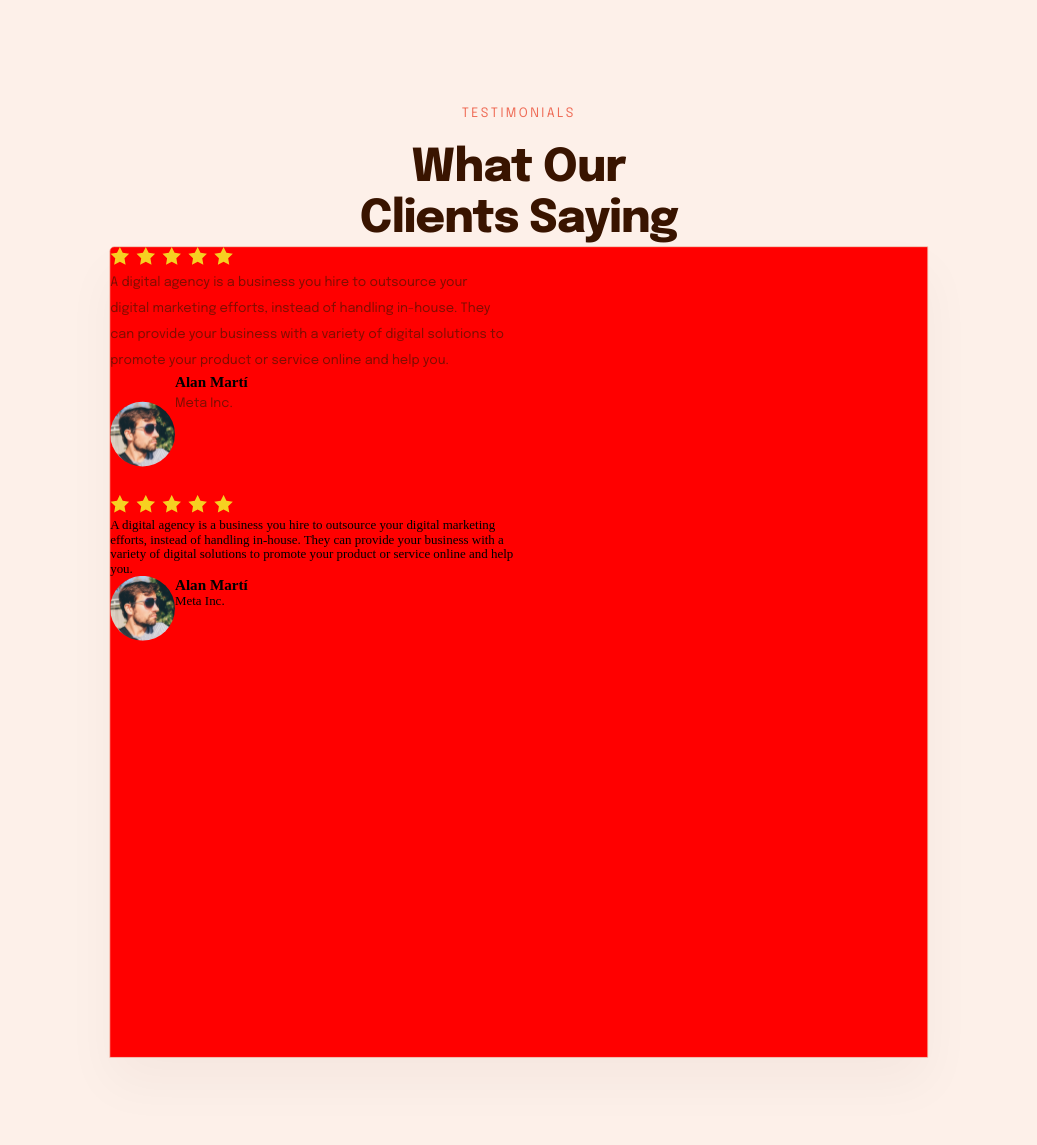
Repository: simralgasimov/task
Page: index.html
The author's editor kept a copy of each file at every save. The page is drawn from the files as they stood at one save, then again after the next save.
The browser window is 1280 px wide. The pictures show the whole page, at 81% of full size.

Above is the page before, as saved 2023-09-06 13:34:52.

### index.html
<!DOCTYPE html>
<html lang="en">
  <head>
    <meta charset="UTF-8" />
    <meta name="viewport" content="width=device-width, initial-scale=1.0" />
    <title>Document</title>
    <link rel="stylesheet" href="index.css" />
  </head>
  <body>
    <div class="container">
      <h1>Testimonials</h1>
      <h2>
        What Our <br />
        Clients Saying
      </h2>
      <div class="comment">
        <div class="left-box">
          <div class="first-box">
            <div class="box-1">
              <img src="./img/star.svg" alt="" />
              <p>
                A digital agency is a business you hire to outsource your digital
                marketing efforts, instead of handling in-house. They can provide
                your business with a variety of digital solutions to promote your
                product or service online and help you.
              </p>
             <div class="user">
              <img src="./img/Oval.svg" alt="">
              <div class="user-info">
                  <h3>Alan Martí</h3>
              <p>Meta Inc.</p>
              </div>




             </div>
              </div>
  <div class="nth2-box">
      <div class="box-2">
          <img src="./img/star.svg" alt="" />
          <p>
            A digital agency is a business you hire to outsource your digital
            marketing efforts, instead of handling in-house. They can provide
            your business with a variety of digital solutions to promote your
            product or service online and help you.
          </p>
         <div class="user">
          <img src="./img/Oval.svg" alt="">
          <div class="user-info">
              <h3>Alan Martí</h3>
          <p>Meta Inc.</p>
          </div>
    </div>
  </div>
  </div>

        </div>
        </div>
        <div class="right-box"></div>

    </div>
  </body>
</html>

### index.css
@import url("https://fonts.googleapis.com/css2?family=Epilogue:wght@400;700;800;900&display=swap");

* {
  margin: 0;
  padding: 0;
  box-sizing: border-box;
}

.container {
  background: #fdf0e9;
  padding: 124px 134px 108px 135px;
}

.container h1 {
  color: var(--Text_Dark_Accent, #ef6d58);
  text-align: center;
  font-feature-settings: "clig" off, "liga" off;
  font-family: Epilogue;
  font-size: 16px;
  font-style: normal;
  font-weight: 400;
  line-height: 32px;
  letter-spacing: 3px;
  text-transform: uppercase;
}

.container h2 {
  margin-top: 20px;
  color: var(--Text_Dark, #391400);
  text-align: center;
  font-feature-settings: "clig" off, "liga" off;
  font-family: Epilogue;
  font-size: 56px;
  font-style: normal;
  font-weight: 800;
  line-height: 64px;
  letter-spacing: -1px;
}

.container .comment {
background-color: red;

  border-radius: 6px 0px 0px 0px;
  border: 1px solid #f3d1bf;
  box-shadow: 0px 32px 64px 0px rgba(57, 20, 0, 0.04);
}
.container .comment .left-box,
.container .comment .right-box{
    width: 50%;
    height: 500px;
}
.container .comment .box-1 p {
  width: 490px;
  height: 128px;
}
.user {
  display: flex;
}

.container .comment .first-box .box-1 p {
  color: var(--Text_Dark_Gray, rgba(57, 20, 0, 0.64));
  font-feature-settings: "clig" off, "liga" off;

  /* Text */
  font-family: Epilogue;
  font-size: 16px;
  font-style: normal;
  font-weight: 400;
  line-height: 32px; /* 200% */
}

.nt2-box {
  border-radius: 0px 0px 6px 6px;
  border: 1px solid #f3d1bf;
}

After the next save:
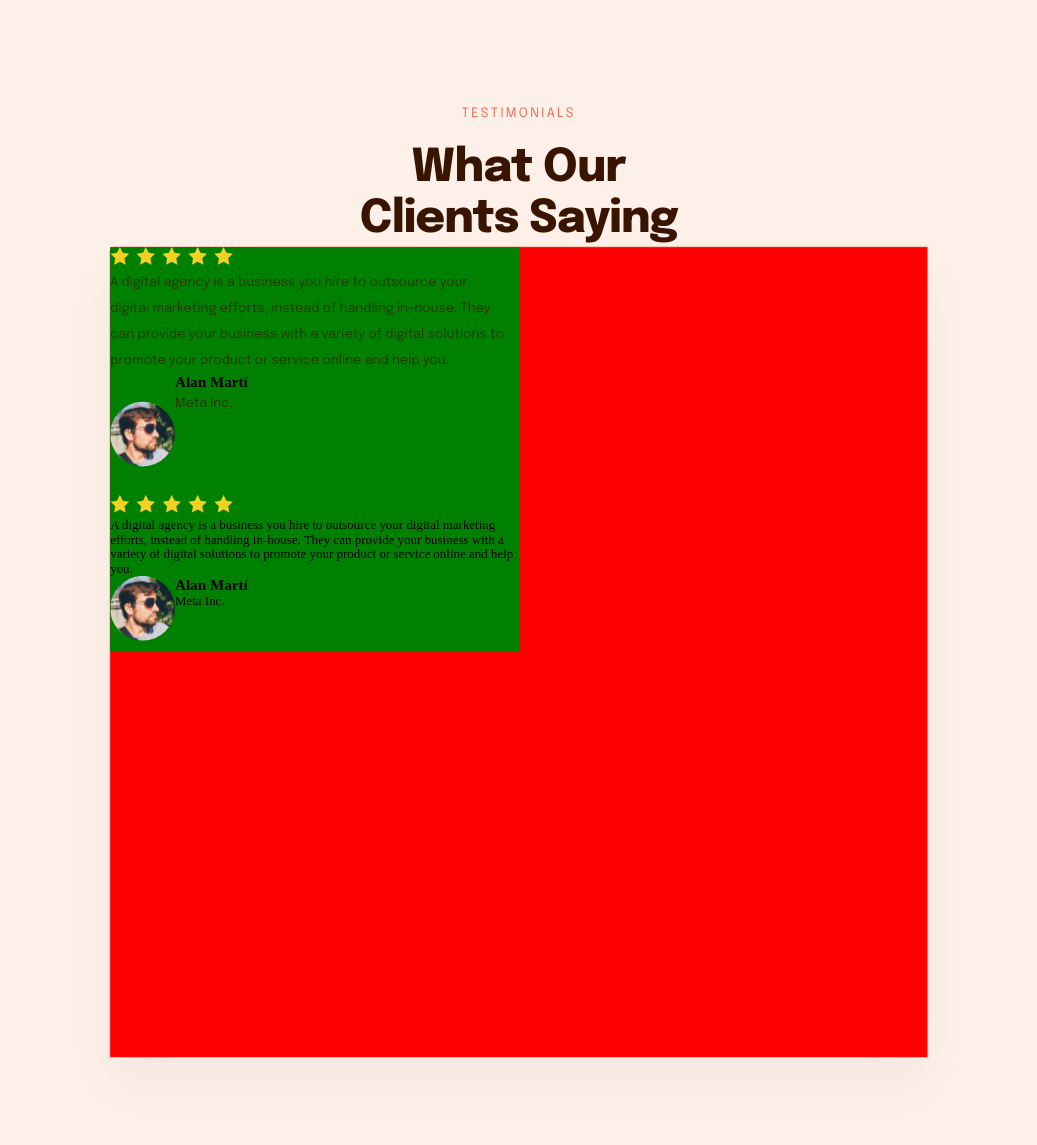
Saved 14 s later.
--- a/index.css
+++ b/index.css
@@ -49,6 +49,9 @@ background-color: red;
     width: 50%;
     height: 500px;
 }
+.left-box{
+    background-color: green;
+}
 .container .comment .box-1 p {
   width: 490px;
   height: 128px;
